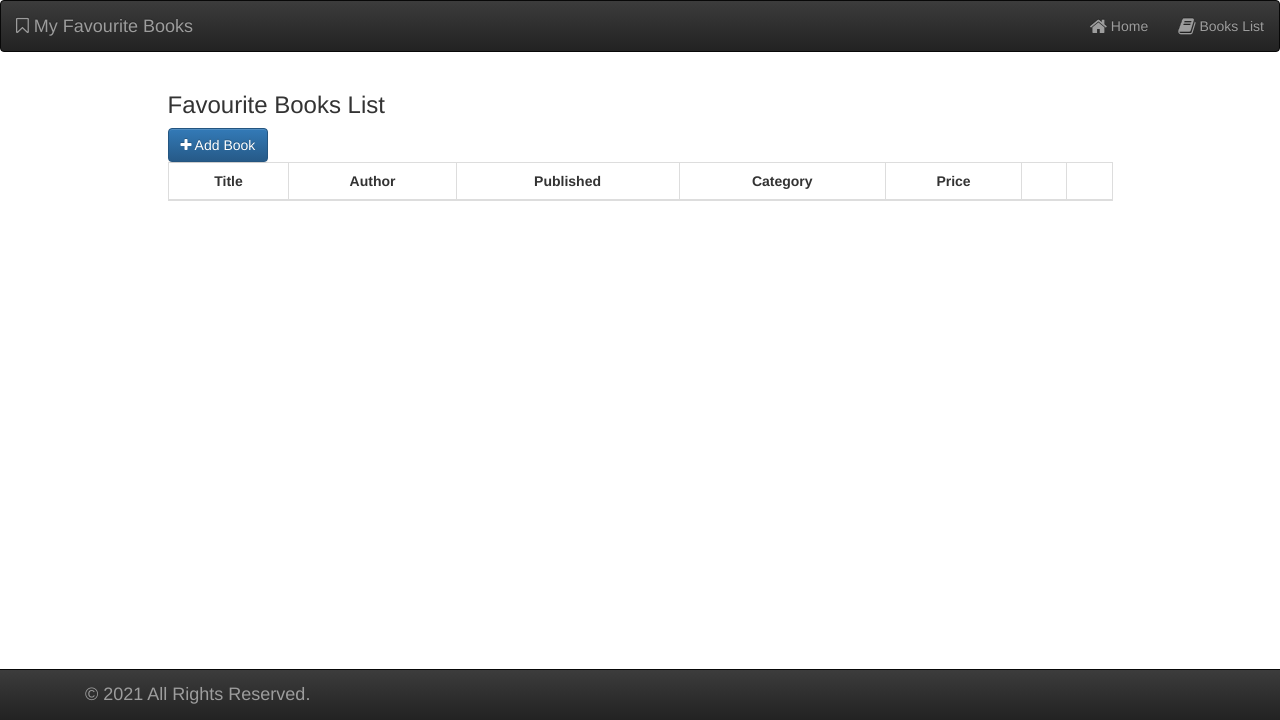
Repository: Ann8002/COMP229-F2021-MidTerm
Page: http://localhost/books
These files come from the project's save history. The page is drawn as it stood at one moment and after the next save; the edit follows.
The browser window is 1280 px wide. The pictures show the whole page.
The page is served by the project's Node server (server.js). Queries for data that is not in the repository find no rows.

Above is the page before, as saved 2021-10-29 13:37:54.

After the next save:
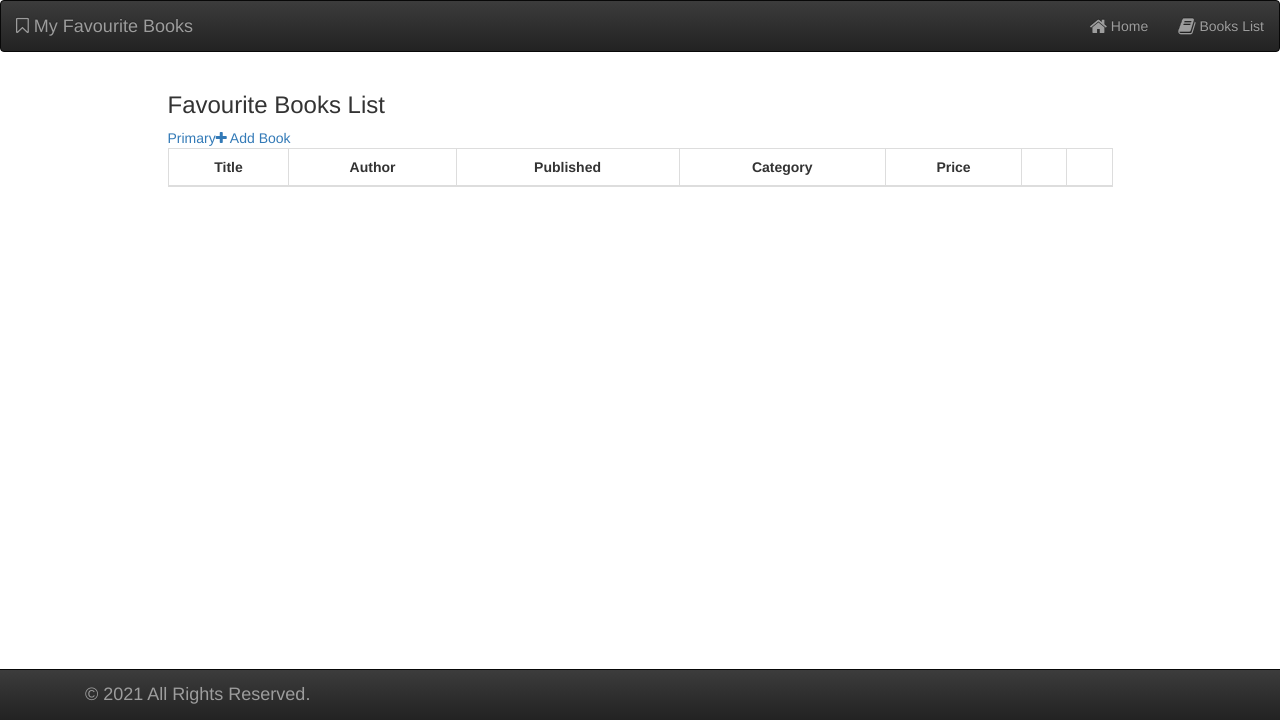
Saved 2 min 26 s later.
--- a/server/views/books/index.ejs
+++ b/server/views/books/index.ejs
@@ -8,7 +8,7 @@
           <!-- ------------------------ -->
           <!-- FIX THE ADD BUTTON BELOW -->
           <!-- ------------------------ -->
-          <a href="/books/details" class="btn btn-primary"><i class="fa fa-plus"></i> Add Book</a>
+          <a href="/books/details" class=<button type="button" class="btn btn-outline-primary">Primary</button><i class="fa fa-plus"></i> Add Book</a>
           <br>
           <div class="table-responsive">
             <table class="table table-bordered table-striped table-hover">

After the save that followed:
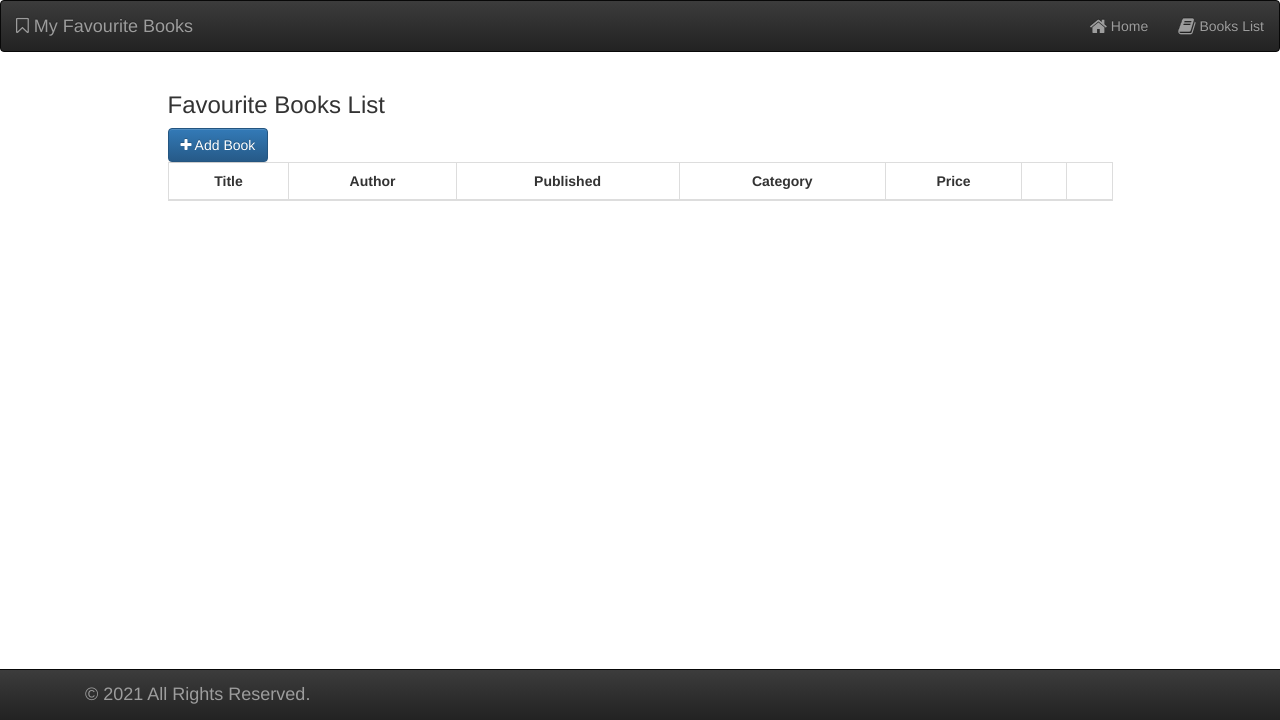
Saved 3 min 21 s later.
--- a/server/views/books/index.ejs
+++ b/server/views/books/index.ejs
@@ -8,7 +8,7 @@
           <!-- ------------------------ -->
           <!-- FIX THE ADD BUTTON BELOW -->
           <!-- ------------------------ -->
-          <a href="/books/details" class=<button type="button" class="btn btn-outline-primary">Primary</button><i class="fa fa-plus"></i> Add Book</a>
+          <a href="/books/details" class="btn btn-primary"><i class="fa fa-plus"></i> Add Book</a>
           <br>
           <div class="table-responsive">
             <table class="table table-bordered table-striped table-hover">
